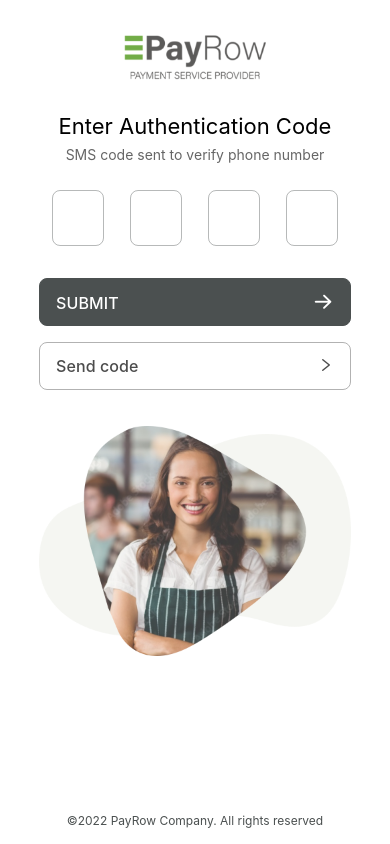
Repository: rishabh-critical-river/payrowios
Screen: /Create Account
These files come from the project's save history. The screen is drawn as it stood at one moment and after the next save; the edit follows.
The app was drawn by React Native's web renderer in a window 390 px wide. The project was rebuilt for these pictures with package versions that can differ from the ones it lists, and the page was loaded fresh each time. Also part of the build but not shown: screens/home/HomeScreen.tsx, screens/home/HomeComponents/TapToPay.tsx, screens/home/HomeComponents/PaymentSummary.js, screens/home/HomeComponents/AddItem.js, screens/home/HomeComponents/TapCard.tsx, screens/home/HomeComponents/EnterPin.tsx, screens/home/HomeComponents/Confirmation.tsx, screens/home/HomeComponents/NewPayment.tsx and 37 more.

Above is the screen before, as saved 2023-07-27 03:38:52.

### App.tsx
import { NavigationContainer } from "@react-navigation/native";
import { createNativeStackNavigator } from "@react-navigation/native-stack";
import {
  StyleSheet,
  Text,
  View,
  SafeAreaView,
  Image,
  StatusBar,
} from "react-native";
import LanguageSelection from "./screens/onboarding/LanguageSelection";
import CreateAccount from "./screens/onboarding/CreateAccount";
import HomeScreen from "./screens/home/HomeScreen";
import TapToPay from "./screens/home/HomeComponents/TapToPay";
import AddItem from "./screens/home/HomeComponents/AddItem";
import TapCard from "./screens/home/HomeComponents/TapCard";
import EnterPin from "./screens/home/HomeComponents/EnterPin";
import Confirmation from "./screens/home/HomeComponents/Confirmation";
import NewPayment from "./screens/home/HomeComponents/NewPayment";
import Contact from "./screens/home/HomeComponents/contact";
import Refund from "./screens/home/HomeComponents/refund";
import OtpRefund from "./screens/home/HomeComponents/otpRefund";
import ProductSelection from "./screens/home/HomeComponents/productSelection";
import PaymentSummary from "./screens/home/HomeComponents/PaymentSummary";
import PaymentMode from "./screens/home/HomeComponents/paymentMode";
import PaymentHistory from "./screens/home/HomeComponents/PaymentHistory";
import HistoryMethods from "./screens/home/HomeComponents/historyMethods";
import DailyReport from "./screens/home/HomeComponents/DailyReport";
import MonthlyReport from "./screens/home/HomeComponents/MonthlyReport";
import AboutPayrow from "./screens/home/HomeComponents/AboutPayrow";
import CashReceivedMachine from "./screens/home/HomeComponents/CashReceivedMachine";
import InvoiceRecall from "./screens/home/HomeComponents/InvoiceRecall";
import PosAndRetail from "./screens/home/HomeComponents/PosAndRetail";
import SoftPos from "./screens/home/HomeComponents/SoftPos";
import PayByLink from "./screens/home/HomeComponents/PayByLink";
import PayByQrCode from "./screens/home/HomeComponents/PayByQrCode";

import PaymentGateWay from "./screens/home/HomeComponents/PaymentGateWay";
import Wps from "./screens/home/HomeComponents/Wps";
import Vat from "./screens/home/HomeComponents/Vat";
import Kvyc from "./screens/home/HomeComponents/Kvyc";
import BuyNowPayLater from "./screens/home/HomeComponents/BuyNowPayLater";
import Wallet from "./screens/home/HomeComponents/Wallet";
import PayRowPrepaids from "./screens/home/HomeComponents/PayRowPrepaid";
import Support from "./screens/home/HomeComponents/Support";
import NewComplain from "./screens/home/HomeComponents/NewComplain";
import RegisterComplain from "./screens/home/HomeComponents/RegisteredComplain";
import ContactUs from "./screens/home/HomeComponents/ContactUse";
import InvoiceRecalltwo from "./screens/home/HomeComponents/InvoiceRecalltwo";
import InvoiceRecallthree from "./screens/home/HomeComponents/InvoiceRecallthree";
import PaymentDetails from "./screens/home/HomeComponents/PaymentDetails";
import ConfirmationInvoice from "./screens/home/HomeComponents/ConfirmationInvoice";
import CashPay from "./screens/home/HomeComponents/CashPay";
import QRCode from "./screens/home/HomeComponents/QrCode";
import Login from "./screens/onboarding/login";
import CreatePin from "./screens/onboarding/Createpin";
import ReEnterPin from "./screens/onboarding/Reenterpin";
import EnterPins from "./screens/onboarding/Enterpin";
// import SoftPose from "./screens/home/HomeComponents/SoftPose";
const Stack = createNativeStackNavigator();

export default function App() {
  return (
    <SafeAreaView style={{ flex: 1, backgroundColor: "white" }}>
      <StatusBar barStyle="dark-content" />
      <NavigationContainer>
        <Stack.Navigator>
          <Stack.Screen
            name="selectLanaguage"
            component={LanguageSelection}
            options={{ headerShown: false }}
          />
          <Stack.Screen
            name="Login"
            component={Login}
            options={{ headerShown: false }}
          />
          <Stack.Screen
            name="CreatePin"
            component={CreatePin}
            options={{ headerShown: false }}
          />
          <Stack.Screen
            name="ReEnterPin"
            component={ReEnterPin}
            options={{ headerShown: false }}
          />
          <Stack.Screen
            name="EnterPin"
            component={EnterPin}
            options={{ headerShown: false }}
          />
          <Stack.Screen
            name="Create Account"
            component={CreateAccount}
            options={{ headerShown: false }}
          />
          <Stack.Screen
            name="HomeScreen"
            component={HomeScreen}
            options={{ headerShown: false }}
          />
          <Stack.Screen
            name="TapToPay"
            component={TapToPay}
            options={{ headerShown: false }}
          />
          <Stack.Screen
            name="AddItem"
            component={AddItem}
            options={{ headerShown: false }}
          />
          <Stack.Screen
            name="TapCard"
            component={TapCard}
            options={{ headerShown: false }}
          />
          <Stack.Screen
            name="EnterPins"
            component={EnterPins}
            options={{ headerShown: false }}
          />
          <Stack.Screen
            name="Confirmation"
            component={Confirmation}
            options={{ headerShown: false }}
          />
          <Stack.Screen
            name="NewPayment"
            component={NewPayment}
            options={{ headerShown: false }}
          />
          <Stack.Screen
            name="contact"
            component={Contact}
            options={{ headerShown: false }}
          />
          <Stack.Screen
            name="refund"
            component={Refund}
            options={{ headerShown: false }}
          />
          <Stack.Screen
            name="otpRefund"
            component={OtpRefund}
            options={{ headerShown: false }}
          />
          <Stack.Screen
            name="productSelection"
            component={ProductSelection}
            options={{ headerShown: false }}
          />
          <Stack.Screen
            name="paymentSummary"
            component={PaymentSummary}
            options={{ headerShown: false }}
          />
          <Stack.Screen
            name="paymentMode"
            component={PaymentMode}
            options={{ headerShown: false }}
          />
          <Stack.Screen
            name="paymentHistory"
            component={PaymentHistory}
            options={{ headerShown: false }}
          />
          <Stack.Screen
            name="historyMethods"
            component={HistoryMethods}
            options={{ headerShown: false }}
          />
          <Stack.Screen
            name="dailyReport"
            component={DailyReport}
            options={{ headerShown: false }}
          />
          <Stack.Screen
            name="monthlyReport"
            component={MonthlyReport}
            options={{ headerShown: false }}
          />
          <Stack.Screen
            name="aboutPayrow"
            component={AboutPayrow}
            options={{ headerShown: false }}
          />
          <Stack.Screen
            name="cashReceivedMachine"
            component={CashReceivedMachine}
            options={{ headerShown: false }}
          />
          <Stack.Screen
            name="invoiceRecall"
            component={InvoiceRecall}
            options={{ headerShown: false }}
          />
          <Stack.Screen
            name="posandretail"
            component={PosAndRetail}
            options={{ headerShown: false }}
          />
          <Stack.Screen
            name="softpos"
            component={SoftPos}
            options={{ headerShown: false }}
          />
          <Stack.Screen
            name="paybylink"
            component={PayByLink}
            options={{ headerShown: false }}
          />
          <Stack.Screen
            name="paybyqrcode"
            component={PayByLink}
            options={{ headerShown: false }}
          />
          <Stack.Screen
            name="paymentgateway"
            component={PaymentGateWay}
            options={{ headerShown: false }}
          />
          <Stack.Screen
            name="wps"
            component={Wps}
            options={{ headerShown: false }}
          />
          <Stack.Screen
            name="vat"
            component={Vat}
            options={{ headerShown: false }}
          />

          <Stack.Screen
            name="kvyc"
            component={Kvyc}
            options={{ headerShown: false }}
          />
          <Stack.Screen
            name="buynowpaylater"
            component={BuyNowPayLater}
            options={{ headerShown: false }}
          />
          <Stack.Screen
            name="registercomplain"
            component={RegisterComplain}
            options={{ headerShown: false }}
          />
          <Stack.Screen
            name="wallet"
            component={Wallet}
            options={{ headerShown: false }}
          />
          <Stack.Screen
            name="payrowprepaid"
            component={PayRowPrepaids}
            options={{ headerShown: false }}
          />
          <Stack.Screen
            name="paymentdetails"
            component={PaymentDetails}
            options={{ headerShown: false }}
          />
          <Stack.Screen
            name="support"
            component={Support}
            options={{ headerShown: false }}
          />
          {/* <Stack.Screen
            name="softpose"
            payrowprepaid
            component={SoftPose}
            options={{ headerShown: false }}

          /> */}
          <Stack.Screen
            name="newcomplain"
            component={NewComplain}
            options={{ headerShown: false }}
          />
          <Stack.Screen
            name="contactus"
            component={ContactUs}
            options={{ headerShown: false }}
          />
          <Stack.Screen
            name="Recallss"
            component={InvoiceRecalltwo}
            options={{ headerShown: false }}
          />
          <Stack.Screen
            name="InvoiceRecallthree"
            component={InvoiceRecallthree}
            options={{ headerShown: false }}
          />
          <Stack.Screen
            name="ConfirmationInvoice"
            component={ConfirmationInvoice}
            options={{ headerShown: false }}
          />
          <Stack.Screen
            name="cashPay"
            component={CashPay}
            options={{ headerShown: false }}
          />

          <Stack.Screen
            name="QrCode"
            component={PayByQrCode}
            options={{ headerShown: false }}
          />
          <Stack.Screen
            name="QrCodePay"
            component={QRCode}
            options={{ headerShown: false }}
          />
        </Stack.Navigator>
      </NavigationContainer>
    </SafeAreaView>
  );
}

### screens/onboarding/LanguageSelection.tsx
import React from "react";
import { StatusBar } from "expo-status-bar";
import { NavigationContainer } from "@react-navigation/native";
import { createNativeStackNavigator } from "@react-navigation/native-stack";
import {
  StyleSheet,
  Text,
  View,
  SafeAreaView,
  Image,
  Button,
  TouchableOpacity,
} from "react-native";
import { AntDesign } from "@expo/vector-icons";
function LanguageSelection({ navigation }: any) {
  return (
    <>
      <View style={styles.container}>
        <Image
          source={require("../../src/Images/payrowLogo.png")}
          style={styles.logo}
        />
        <View
          style={{
            position: "absolute",
            right: 0,
            top: 76,
          }}
        >
          <View
            style={{
              marginLeft: "auto",
              borderWidth: 1,
              borderColor: "#F1F7ED",
              marginBottom: 7.5,

              backgroundColor: "#F1F7ED",
              borderRadius: 1,
              width: 40,
              height: 11.67,
            }}
          />
          <View
            style={{
              marginLeft: "auto",
              borderWidth: 1,
              borderColor: "#F1F7ED",
              marginBottom: 7.5,
              backgroundColor: "#F1F7ED",
              borderRadius: 1,

              width: 40,
              height: 11.67,
            }}
          />
          <View
            style={{
              marginLeft: "auto",
              borderWidth: 1,
              borderColor: "#F1F7ED",

              backgroundColor: "#F1F7ED",
              borderRadius: 1,

              width: 40,
              height: 11.67,
            }}
          />
        </View>
        <Image
          source={require("../../src/Images/getStarted.png")}
          style={{
            width: 312,
            height: 230,
            alignSelf: "center",
            marginTop: 40,
          }}
        />
        <Text
          style={{
            fontSize: 22,
            fontWeight: "700",
            color: "#4C4C4C",
            lineHeight: 28,
            textAlign: "center",
            marginTop: 38,
          }}
        >
          Ultimate Fintech Partner
        </Text>
        <Text
          style={{
            fontSize: 14,
            fontWeight: "400",
            lineHeight: 20,
            marginLeft: 54,
            marginRight: 54,
            textAlign: "center",
            marginTop: 16,
            color: "#666666",
            letterSpacing: 0.25,
          }}
        >
          Together we support Go-Green & Cashless Strategy
        </Text>
      </View>
      <View style={{ backgroundColor: "white" }}>
        <TouchableOpacity
          style={styles.button}
          onPress={() => {
            navigation.navigate("Login");
          }}
        >
          <View
            style={{
              borderWidth: 1,

              borderColor: "#4B5050",
              backgroundColor: "#4B5050",
              borderRadius: 8,
              marginBottom: 16,
              width: 328,
              height: 48,
              justifyContent: "center",
            }}
          >
            <View style={{ flexDirection: "row" }}>
              <Text
                style={{
                  fontSize: 16,
                  paddingLeft: 16,
                  fontWeight: "500",
                  lineHeight: 24,
                  justifyContent: "center",
                  color: "white",
                  letterSpacing: 0.1,
                  flex: 1,
                }}
              >
                Get Started
              </Text>
              <View
                style={{
                  justifyContent: "center",
                  alignItems: "center",
                  marginRight: 16,
                }}
              >
                <AntDesign name="arrowright" size={24} color="white" />
              </View>
            </View>
          </View>
        </TouchableOpacity>
        <Text
          style={{
            fontSize: 12,
            backgroundColor: "white",
            color: "#7f7f7f",
            textAlign: "center",
            paddingBottom: 15,
          }}
        >
          ©2022 PayRow Company. All rights reserved
        </Text>
      </View>
    </>
  );
}

export default LanguageSelection;
const styles = StyleSheet.create({
  container: {
    display: "flex",
    flex: 1,
    backgroundColor: "white",
  },
  logo: {
    width: 150,
    height: 48.3,
    alignSelf: "center",
    marginTop: 33,
  },
  selectLanguage: {
    width: 163,
    height: 28,
    fontSize: 17,

    color: "#333333",
    fontWeight: "400",
    marginTop: 24.47,
    alignSelf: "center",
  },
  languageText: {
    fontSize: 14,
    paddingLeft: 16,
    fontWeight: "500",
    lineHeight: 20,
    justifyContent: "center",
    color: "#4B5050CC",
  },
  languages: {
    flexDirection: "column",

    justifyContent: "space-between",
    alignItems: "center",
  },
  text: {
    width: 303,
    height: 20,
    fontSize: 14,
    lineHeight: 14,
    fontWeight: "400",
    color: "#4B5050",
    textAlign: "center",
    marginTop: 6,
    alignSelf: "center",
    marginBottom: 15,
  },
  shadowProp: {
    shadowColor: "#171717",
    shadowOffset: { width: -2, height: 4 },
    shadowOpacity: 0.2,
    shadowRadius: 3,
  },
  box: {
    display: "flex",
    borderWidth: 1,
    borderColor: "#4B505033",
    backgroundColor: "#ffffff",
    borderRadius: 8,
    marginBottom: 15,
    width: 328,
    height: 48,
    justifyContent: "center",
  },
  button: {
    alignSelf: "center",
    color: "#4B5050",

    padding: 10,
    fontSize: 20,
    height: 48,
    width: 328,
    cursor: "pointer",
    borderRadius: 70,
    justifyContent: "center",
    alignItems: "center",
    marginBottom: 15,
  },
  arrow: {
    display: "flex",
    position: "relative",
    borderWidth: 1,
    borderColor: "white",
    width: 40,
    height: 5,
    backgroundColor: "white",
  },
  arrowTriangle: {
    display: "flex",
    borderWidth: 1,
    position: "absolute",
    width: 20,
    height: 5,
    borderColor: "white",
    backgroundColor: "white",
    borderTopWidth: 1,
    borderRightWidth: 1,
    transform: [{ rotate: "45deg" }],
    right: 9,
    top: 19,
  },
  arrowTriangleRight: {
    display: "flex",
    borderWidth: 1,
    position: "absolute",
    width: 20,
    height: 5,
    borderColor: "white",
    backgroundColor: "white",
    borderTopWidth: 1,
    borderLeftWidth: 1,
    transform: [{ rotate: "-45deg" }],
    right: 9,
    top: 36,
  },
});

### screens/onboarding/CreateAccount.js
import { AntDesign } from "@expo/vector-icons";
import React, { useRef } from "react";
import {
  StyleSheet,
  Text,
  View,
  SafeAreaView,
  Image,
  Button,
  TextInput,
  TouchableOpacity,
  Keyboard,
} from "react-native";

function CreateAccount({ navigation }) {
  const et1 = useRef();
  const et2 = useRef();
  const et3 = useRef();
  const et4 = useRef();
  return (
    <>
      <View style={styles.container}>
        <Image
          source={require("../../src/Images/payrowLogo.png")}
          style={styles.logo}
        />
        <Text
          style={{
            marginTop: 30.47,
            fontSize: 22,
            fontWeight: "400",
            lineHeight: 28,
            alignSelf: "center",
          }}
        >
          Enter Authentication Code
        </Text>
        <View
          style={{
            width: "100%",
            height: 20,
            marginTop: 6,

            alignSelf: "center",
          }}
        >
          <Text style={{ alignSelf: "center", color: "#666666" }}>
            SMS code sent to verify phone number
          </Text>
        </View>
        <View
          style={{
            flexDirection: "row",
            justifyContent: "space-between",
            marginLeft: 52,
            marginRight: 52,
            marginTop: 24,
          }}
        >
          <TextInput
            secureTextEntry={true}
            ref={et1}
            style={styles.box}
            keyboardType="number-pad"
            maxLength={1}
            onChangeText={(text) => {
              if (text.length >= 1) {
                et2.current.focus();
              }
            }}
          />
          <TextInput
            secureTextEntry={true}
            ref={et2}
            style={styles.box}
            keyboardType="number-pad"
            maxLength={1}
            onChangeText={(text) => {
              if (text.length >= 1) {
                et3.current.focus();
              } else if (text.length < 1) {
                et1.current.focus();
              }
            }}
          />
          <TextInput
            secureTextEntry={true}
            ref={et3}
            style={styles.box}
            keyboardType="number-pad"
            maxLength={1}
            onChangeText={(text) => {
              if (text.length >= 1) {
                et4.current.focus();
              } else if (text.length < 1) {
                et2.current.focus();
              }
            }}
          />
          <TextInput
            secureTextEntry={true}
            ref={et4}
            style={styles.box}
            keyboardType="number-pad"
            maxLength={1}
            onChangeText={(text) => {
              if (text.length < 1) {
                et3.current.focus();
              } else {
                Keyboard.dismiss();
              }
            }}
          />
        </View>
        <TouchableOpacity
          style={styles.goToSummaryButton}
          onPress={() => {
            navigation.navigate("AddItem");
          }}
        >
          <View style={styles.buttonContent}>
            <Text
              style={styles.buttonText}
              onPress={() => {
                navigation.navigate("CreatePin");
              }}
            >
              SUBMIT
            </Text>
            <View style={styles.arrowIcon}>
              <AntDesign name="arrowright" size={22} color="white" />
            </View>
          </View>
        </TouchableOpacity>

        <TouchableOpacity
          style={styles.resendCode}
          onPress={() => {
            navigation.navigate("");
          }}
        >
          <View
            style={{
              borderWidth: 0.5,
              borderColor: "#B2B2B2",
              borderRadius: 8,
              backgroundColor: "#FFFFFF",

              height: 48,
              justifyContent: "center",
            }}
          >
            <View style={{ flexDirection: "row" }}>
              <Text
                style={{
                  fontSize: 16,
                  paddingLeft: 16,
                  fontWeight: "500",
                  lineHeight: 24,
                  justifyContent: "center",
                  color: "#4C4C4C",
                  letterSpacing: 0.1,
                  flex: 1,
                }}
              >
                Send code
              </Text>
              <View
                style={{
                  justifyContent: "center",
                  alignItems: "center",
                  marginRight: 16,
                }}
              >
                <View
                  style={{
                    flexDirection: "row",
                    alignItems: "center",
                  }}
                >
                  <AntDesign name="right" size={16} color="#4C4C4C" />
                </View>
              </View>
            </View>
          </View>
        </TouchableOpacity>

        <Image
          source={require("../../src/Images/getStarted.png")}
          style={{
            width: 312,
            height: 230,
            alignSelf: "center",
            marginTop: 36,
          }}
        />
      </View>
      <Text
        style={{
          fontSize: 12,
          backgroundColor: "white",
          color: "#4B5050",
          textAlign: "center",
          paddingBottom: 16,
        }}
      >
        ©2022 PayRow Company. All rights reserved
      </Text>
    </>
  );
}
const styles = StyleSheet.create({
  container: {
    flex: 1,
    backgroundColor: "white",
    display: "flex",
    flexDirection: "column",
  },
  logo: {
    width: 150,
    height: 48.53,
    alignSelf: "center",
    marginTop: 33,
  },
  rightPin: {
    flex: 1,
    justifyContent: "center",
    alignItems: "center",
    textAlign: "center",
  },
  leftPin: {
    justifyContent: "center",
    alignItems: "center",
    backgroundColor: "#D3D3D3",
    borderTopEndRadius: 10,
    borderBottomEndRadius: 10,
    paddingLeft: 10,
    paddingRight: 10,
  },
  horizontal: {
    flexDirection: "row",
    alignItems: "center",
    justifyContent: "center",
  },
  horizontalOr: {
    paddingLeft: 5,
    paddingRight: 5,
    marginTop: 18,
    marginBottom: 18,
  },
  horizontalLine: {
    borderBottomColor: "#D3D3D3",
    width: 105,
    borderBottomWidth: 1,
    marginTop: 10,
    marginBottom: 10,
    alignSelf: "center",
  },
  url: {
    alignSelf: "center",
    marginTop: 10,
    marginBottom: 10,
  },
  fingerprint: {
    width: 100,
    height: 100,
    alignSelf: "center",
    marginTop: 70,
    marginBottom: 10,
  },
  verticalLine: {
    borderBottomColor: "#D3D3D3",
    color: "black",
    width: 15,
    transform: [{ rotate: "90deg" }],
    borderBottomWidth: 1,
    marginTop: 10,
    marginBottom: 10,
    alignSelf: "center",
  },

  languageText: {
    fontSize: 16,
    justifyContent: "center",
    color: "##838c95",
    alignItems: "center",
  },
  languages: {
    flexDirection: "column",

    justifyContent: "space-between",
    alignItems: "center",
  },
  text: {
    fontSize: 15,
    textAlign: "center",
    marginTop: 20,
    marginBottom: 15,
  },
  box: {
    display: "flex",
    flexDirection: "row",
    textAlign: "center",
    borderWidth: 1,
    borderColor: "#4B505066",
    borderRadius: 8,

    width: 52,
    height: 56,
  },
  button: {
    marginLeft: 165,
    marginTop: 34,
    color: "black",
    padding: 10,
    fontSize: 20,
    height: 60,
    width: 60,
    cursor: "pointer",
    borderRadius: 70,
    justifyContent: "center",
    alignItems: "center",
  },
  button2: {
    marginLeft: 165,
    marginTop: 5,

    padding: 10,
    fontSize: 20,
    height: 60,
    width: 60,
    cursor: "pointer",
    borderRadius: 70,
    justifyContent: "center",
    alignItems: "center",
  },
  arrow: {
    display: "flex",
    position: "relative",
    borderWidth: 1,
    borderColor: "white",
    width: 40,
    height: 5,
    backgroundColor: "white",
  },
  arrowTriangle: {
    display: "flex",
    borderWidth: 1,
    position: "absolute",
    width: 20,
    height: 5,
    borderColor: "white",
    backgroundColor: "white",
    borderTopWidth: 1,
    borderRightWidth: 1,
    transform: [{ rotate: "45deg" }],
    right: 9,
    top: 19,
  },
  arrowTriangleRight: {
    display: "flex",
    borderWidth: 1,
    position: "absolute",
    width: 20,
    height: 5,
    borderColor: "white",
    backgroundColor: "white",
    borderTopWidth: 1,
    borderLeftWidth: 1,
    transform: [{ rotate: "-45deg" }],
    right: 9,
    top: 36,
  },
  goToSummaryButton: {
    alignSelf: "center",
    marginTop: 32,
    width: "80%",
  },
  resendCode: {
    alignSelf: "center",
    marginTop: 16,
    width: "80%",
  },
  buttonText: {
    fontSize: 16,
    paddingLeft: 16,
    paddingTop: 12,
    fontWeight: "500",
    lineHeight: 24,
    justifyContent: "center",
    color: "white",
    letterSpacing: 0.1,
    flex: 1,
  },
  arrowIcon: {
    justifyContent: "center",
    alignItems: "center",
    marginRight: 16,
  },

  buttonContent: {
    borderWidth: 0.6,
    borderColor: "#4B5050",
    backgroundColor: "#4B5050",
    borderRadius: 8,

    height: 48,
    width: "100%",
    justifyContent: "center",
    flexDirection: "row",
  },
});

export default CreateAccount;

After the next save:
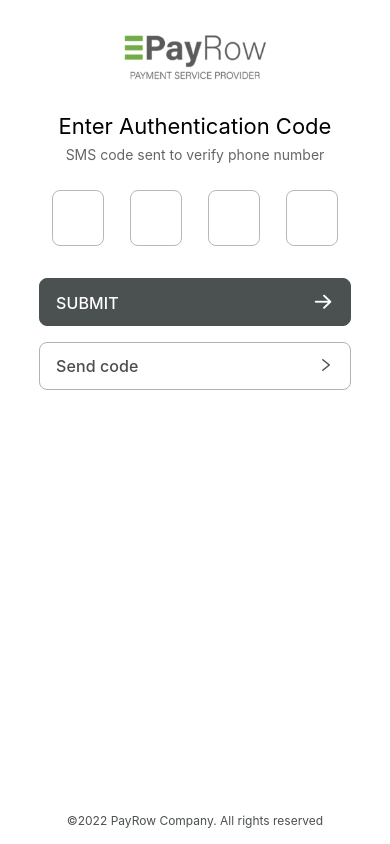
Saved 66 s later.
--- a/screens/onboarding/CreateAccount.js
+++ b/screens/onboarding/CreateAccount.js
@@ -185,15 +185,6 @@ function CreateAccount({ navigation }) {
           </View>
         </TouchableOpacity>
 
-        <Image
-          source={require("../../src/Images/getStarted.png")}
-          style={{
-            width: 312,
-            height: 230,
-            alignSelf: "center",
-            marginTop: 36,
-          }}
-        />
       </View>
       <Text
         style={{
